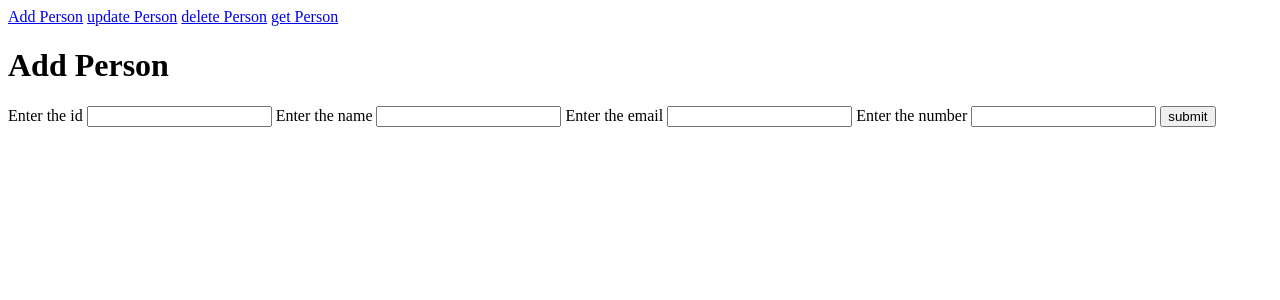
Repository: Anandnand/Web-Application
Page: http://localhost/AddPerson
An editor plug-in stored every save of this project. The page is shown before and after the next save, followed by the edit.
The browser window is 1280 px wide. The pictures show the whole page.
The page is this project's Thymeleaf template; nobody is signed in. The template is opened directly, without the code that normally fills it, so the values that code supplies are empty.

Above is the page before, as saved 2024-03-25 11:15:53.

After the next save:
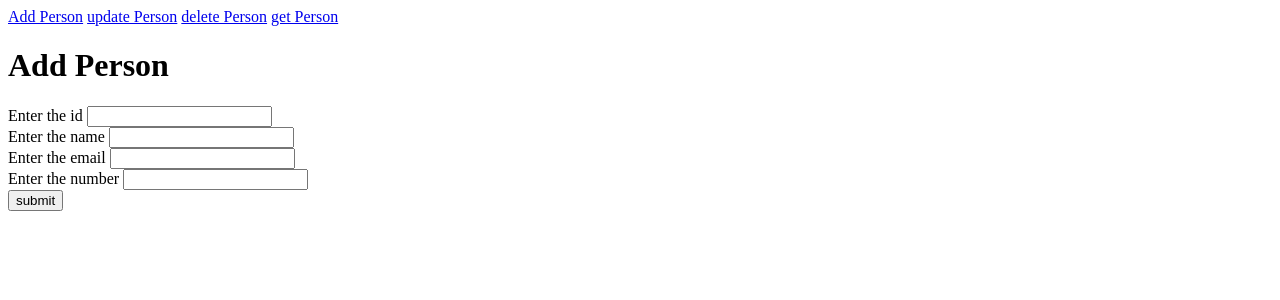
Saved 29 s later.
--- a/Student/src/main/resources/templates/AddPerson.html
+++ b/Student/src/main/resources/templates/AddPerson.html
@@ -19,17 +19,15 @@
 	</diV>
 
 	<div>
-	<form action="/api/addPerson" method="post">
-    <label>Enter the id</label>
-    <input type="text"  name="id"  class="add" />
-    <label>Enter the name</label>
-    <input type="text"  name="name"  class="add" />
-    <label>Enter the email</label>
-    <input type="text"  name="email"  class="add" />
-    <label>Enter the number</label>
-    <input type="text"  name="number"  class="add" />
-    <input type="submit" name="submit" value="submit"/>
-	</form>
+		<form action="/api/addPerson" method="post">
+			<label>Enter the id</label> <input type="text" name="id" class="add" />
+			<br> <label>Enter the name</label> <input type="text"
+				name="name" class="add" /> <br> <label>Enter the email</label>
+			<input type="text" name="email" class="add" /> <br> <label>Enter
+				the number</label> <input type="text" name="number" class="add" /> <br>
+
+			<input type="submit" name="submit" value="submit" />
+		</form>
 	</div>
 
 
